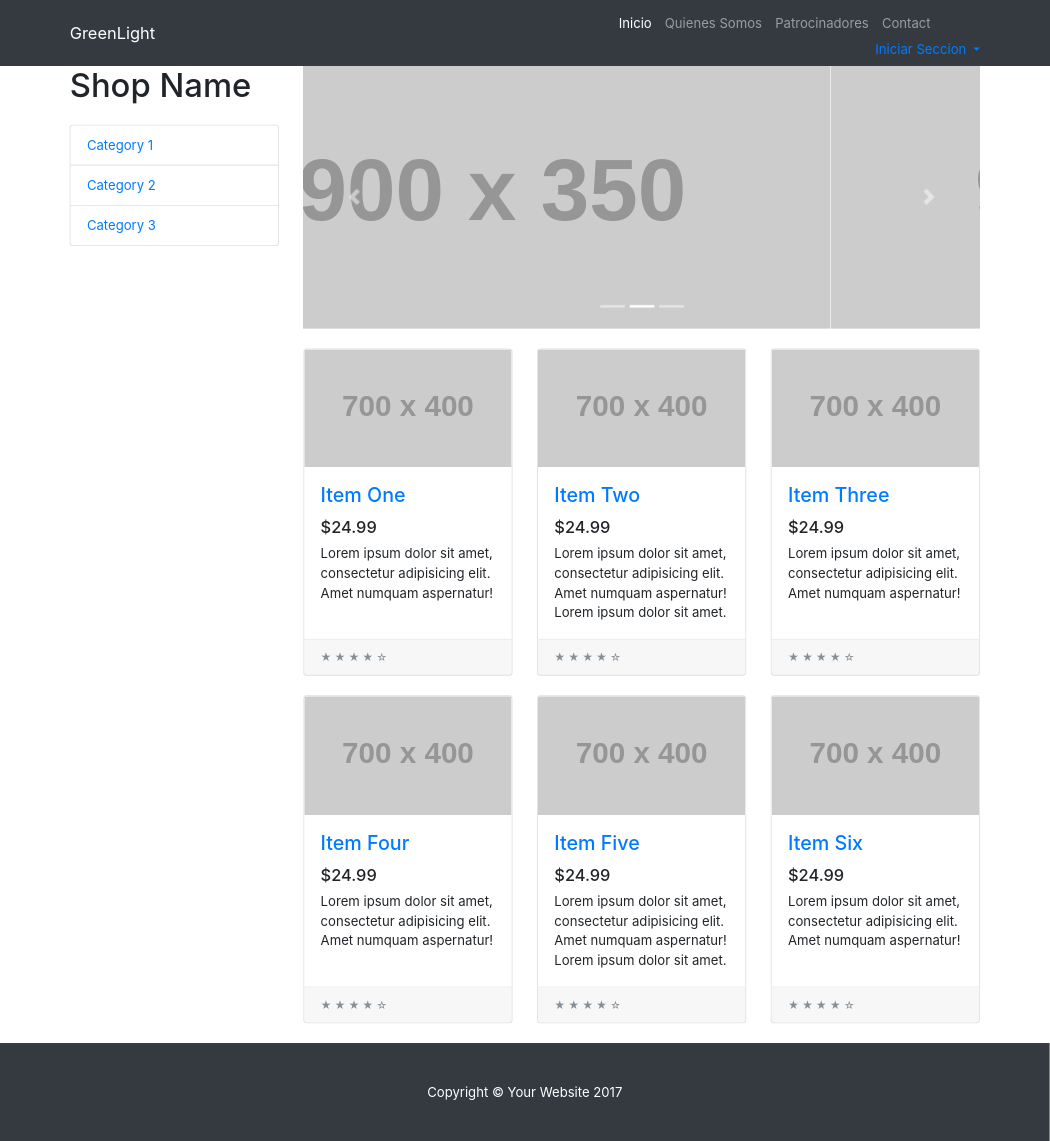
Repository: krojas1997/Test_Project
Page: http://localhost/GREENLIGHT/IniciarSeccion.jsp
An editor plug-in stored every save of this project. The page is shown before and after the next save, followed by the edit.
The browser window is 1280 px wide. The pictures show the whole page, at 82% of full size.
The page is served by Tomcat 9. Other server files are loaded and not shown.

Above is the page before, as saved 2017-10-28 12:36:42.

### Test_GreenLight/GREENLIGHT/WebContent/IniciarSeccion.jsp
<%@ page language="java" contentType="text/html; charset=ISO-8859-1"
    pageEncoding="ISO-8859-1"%>

<%
response.setHeader("Cache-Control","no-cache");
response.setHeader("Cache-Control","no-store");
response.setDateHeader("Expires", 0);

String usuario="";
String  mail="";
int tipo=-1;


HttpSession sesion=request.getSession(true);

if(sesion.getAttribute("usuario")!=null){
	usuario=(String)sesion.getAttribute("usuario");
	mail=(String)sesion.getAttribute("mail");
	tipo=(int)sesion.getAttribute("tipo");
}

%>

<!DOCTYPE html PUBLIC "-//W3C//DTD HTML 4.01 Transitional//EN" "http://www.w3.org/TR/html4/loose.dtd">
<html>
 <head>

    <meta charset="utf-8">
    <meta name="viewport" content="width=device-width, initial-scale=1, shrink-to-fit=no">
    <meta name="description" content="">
    <meta name="author" content="">

    <title>Shop Homepage - Start Bootstrap Template</title>

    <!-- Bootstrap core CSS -->
    <link href="vendor/bootstrap/css/bootstrap.min.css" rel="stylesheet">

    <!-- Custom styles for this template -->
    <link href="css/shop-homepage.css" rel="stylesheet">

  </head>

  <body>

    <!-- Navigation -->
    <nav class="navbar navbar-expand-lg navbar-dark bg-dark fixed-top">
      <div class="container">
        <a class="navbar-brand" href="#">GreenLight</a>
        <button class="navbar-toggler" type="button" data-toggle="collapse" data-target="#navbarResponsive" aria-controls="navbarResponsive" aria-expanded="false" aria-label="Toggle navigation">
          <span class="navbar-toggler-icon"></span>
        </button>
        <div class="collapse navbar-collapse" id="navbarResponsive">
          <ul class="navbar-nav ml-auto">
            <li class="nav-item active">
              <a class="nav-link" href="#">Inicio
                <span class="sr-only">(current)</span>
              </a>
            </li>
            <li class="nav-item">
              <a class="nav-link" href="#">Quienes Somos</a>
            </li>
            <li class="nav-item">
              <a class="nav-link" href="#">Patrocinadores</a>
            </li>
            <li class="nav-item">
              <a class="nav-link" href="#">Contact</a>
               <ul class="nav navbar-nav navbar-right">

     <%if(sesion.getAttribute("usuario")!=null) { %>
     <li><a><%=usuario %></a></li>
      <li class="active"><a href="ServletLogin?tipo=logOut">Cerrar Seccion</a></li>
     <%}else{ %>
 		<li class="dropdown">
        <a class="dropdown-toggle" data-toggle="dropdown" href="#">Iniciar Seccion
        <span class="caret"></span></a>
        <ul class="dropdown-menu">
          <li><a href="IniciarSeccion.jsp">Paciente</a></li>
          <li><a href="Administrador.jsp">Medico</a></li>
          <li><a href="Administrador.jsp">Administrador</a></li>
            </ul>
      </li>


      <%} %>
    </ul>
  </div>
            </li>
          </ul>
        </div>
      </div>
    </nav>

    <!-- Page Content -->
    <div class="container">

      <div class="row">

        <div class="col-lg-3">

          <h1 class="my-4">Shop Name</h1>
          <div class="list-group">
            <a href="#" class="list-group-item">Category 1</a>
            <a href="#" class="list-group-item">Category 2</a>
            <a href="#" class="list-group-item">Category 3</a>
          </div>

        </div>
        <!-- /.col-lg-3 -->

        <div class="col-lg-9">

          <div id="carouselExampleIndicators" class="carousel slide my-4" data-ride="carousel">
            <ol class="carousel-indicators">
              <li data-target="#carouselExampleIndicators" data-slide-to="0" class="active"></li>
              <li data-target="#carouselExampleIndicators" data-slide-to="1"></li>
              <li data-target="#carouselExampleIndicators" data-slide-to="2"></li>
            </ol>
            <div class="carousel-inner" role="listbox">
              <div class="carousel-item active">
                <img class="d-block img-fluid" src="http://placehold.it/900x350" alt="First slide">
              </div>
              <div class="carousel-item">
                <img class="d-block img-fluid" src="http://placehold.it/900x350" alt="Second slide">
              </div>
              <div class="carousel-item">
                <img class="d-block img-fluid" src="http://placehold.it/900x350" alt="Third slide">
              </div>
            </div>
            <a class="carousel-control-prev" href="#carouselExampleIndicators" role="button" data-slide="prev">
              <span class="carousel-control-prev-icon" aria-hidden="true"></span>
              <span class="sr-only">Previous</span>
            </a>
            <a class="carousel-control-next" href="#carouselExampleIndicators" role="button" data-slide="next">
              <span class="carousel-control-next-icon" aria-hidden="true"></span>
              <span class="sr-only">Next</span>
            </a>
          </div>

          <div class="row">

            <div class="col-lg-4 col-md-6 mb-4">
              <div class="card h-100">
                <a href="#"><img class="card-img-top" src="http://placehold.it/700x400" alt=""></a>
                <div class="card-body">
                  <h4 class="card-title">
                    <a href="#">Item One</a>
                  </h4>
                  <h5>$24.99</h5>
                  <p class="card-text">Lorem ipsum dolor sit amet, consectetur adipisicing elit. Amet numquam aspernatur!</p>
                </div>
                <div class="card-footer">
                  <small class="text-muted">&#9733; &#9733; &#9733; &#9733; &#9734;</small>
                </div>
              </div>
            </div>

            <div class="col-lg-4 col-md-6 mb-4">
              <div class="card h-100">
                <a href="#"><img class="card-img-top" src="http://placehold.it/700x400" alt=""></a>
                <div class="card-body">
                  <h4 class="card-title">
                    <a href="#">Item Two</a>
                  </h4>
                  <h5>$24.99</h5>
                  <p class="card-text">Lorem ipsum dolor sit amet, consectetur adipisicing elit. Amet numquam aspernatur! Lorem ipsum dolor sit amet.</p>
                </div>
                <div class="card-footer">
                  <small class="text-muted">&#9733; &#9733; &#9733; &#9733; &#9734;</small>
                </div>
              </div>
            </div>

            <div class="col-lg-4 col-md-6 mb-4">
              <div class="card h-100">
                <a href="#"><img class="card-img-top" src="http://placehold.it/700x400" alt=""></a>
                <div class="card-body">
                  <h4 class="card-title">
                    <a href="#">Item Three</a>
                  </h4>
                  <h5>$24.99</h5>
                  <p class="card-text">Lorem ipsum dolor sit amet, consectetur adipisicing elit. Amet numquam aspernatur!</p>
                </div>
                <div class="card-footer">
                  <small class="text-muted">&#9733; &#9733; &#9733; &#9733; &#9734;</small>
                </div>
              </div>
            </div>

            <div class="col-lg-4 col-md-6 mb-4">
              <div class="card h-100">
                <a href="#"><img class="card-img-top" src="http://placehold.it/700x400" alt=""></a>
                <div class="card-body">
                  <h4 class="card-title">
                    <a href="#">Item Four</a>
                  </h4>
                  <h5>$24.99</h5>
                  <p class="card-text">Lorem ipsum dolor sit amet, consectetur adipisicing elit. Amet numquam aspernatur!</p>
                </div>
                <div class="card-footer">
                  <small class="text-muted">&#9733; &#9733; &#9733; &#9733; &#9734;</small>
                </div>
              </div>
            </div>

            <div class="col-lg-4 col-md-6 mb-4">
              <div class="card h-100">
                <a href="#"><img class="card-img-top" src="http://placehold.it/700x400" alt=""></a>
                <div class="card-body">
                  <h4 class="card-title">
                    <a href="#">Item Five</a>
                  </h4>
                  <h5>$24.99</h5>
                  <p class="card-text">Lorem ipsum dolor sit amet, consectetur adipisicing elit. Amet numquam aspernatur! Lorem ipsum dolor sit amet.</p>
                </div>
                <div class="card-footer">
                  <small class="text-muted">&#9733; &#9733; &#9733; &#9733; &#9734;</small>
                </div>
              </div>
            </div>

            <div class="col-lg-4 col-md-6 mb-4">
              <div class="card h-100">
                <a href="#"><img class="card-img-top" src="http://placehold.it/700x400" alt=""></a>
                <div class="card-body">
                  <h4 class="card-title">
                    <a href="#">Item Six</a>
                  </h4>
                  <h5>$24.99</h5>
                  <p class="card-text">Lorem ipsum dolor sit amet, consectetur adipisicing elit. Amet numquam aspernatur!</p>
                </div>
                <div class="card-footer">
                  <small class="text-muted">&#9733; &#9733; &#9733; &#9733; &#9734;</small>
                </div>
              </div>
            </div>

          </div>
          <!-- /.row -->

        </div>
        <!-- /.col-lg-9 -->

      </div>
      <!-- /.row -->

    </div>
    <!-- /.container -->

    <!-- Footer -->
    <footer class="py-5 bg-dark">
      <div class="container">
        <p class="m-0 text-center text-white">Copyright &copy; Your Website 2017</p>
      </div>
      <!-- /.container -->
    </footer>

    <!-- Bootstrap core JavaScript -->
    <script src="vendor/jquery/jquery.min.js"></script>
    <script src="vendor/bootstrap/js/bootstrap.bundle.min.js"></script>

  </body>

</html>

Loaded but not shown: Test_GreenLight/GREENLIGHT/WebContent/css/shop-homepage.css (common file)

After the next save:
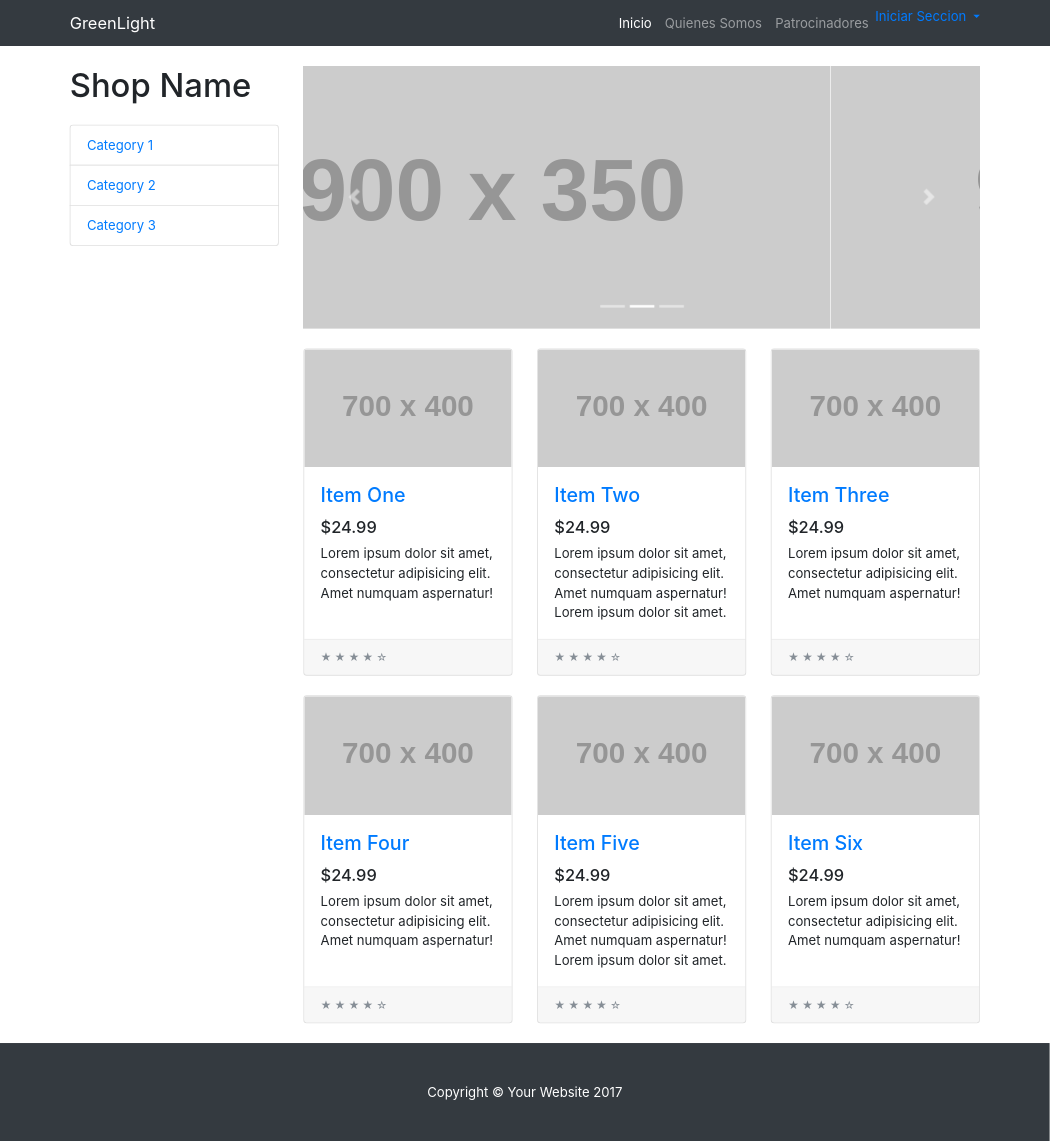
Saved 30 s later.
--- a/Test_GreenLight/GREENLIGHT/WebContent/IniciarSeccion.jsp
+++ b/Test_GreenLight/GREENLIGHT/WebContent/IniciarSeccion.jsp
@@ -63,8 +63,8 @@ if(sesion.getAttribute("usuario")!=null){
               <a class="nav-link" href="#">Patrocinadores</a>
             </li>
             <li class="nav-item">
-              <a class="nav-link" href="#">Contact</a>
-               <ul class="nav navbar-nav navbar-right">
+
+
 
      <%if(sesion.getAttribute("usuario")!=null) { %>
      <li><a><%=usuario %></a></li>
@@ -77,6 +77,7 @@ if(sesion.getAttribute("usuario")!=null){
           <li><a href="IniciarSeccion.jsp">Paciente</a></li>
           <li><a href="Administrador.jsp">Medico</a></li>
           <li><a href="Administrador.jsp">Administrador</a></li>
+           <ul class="nav navbar-nav navbar-right">
             </ul>
       </li>
 
